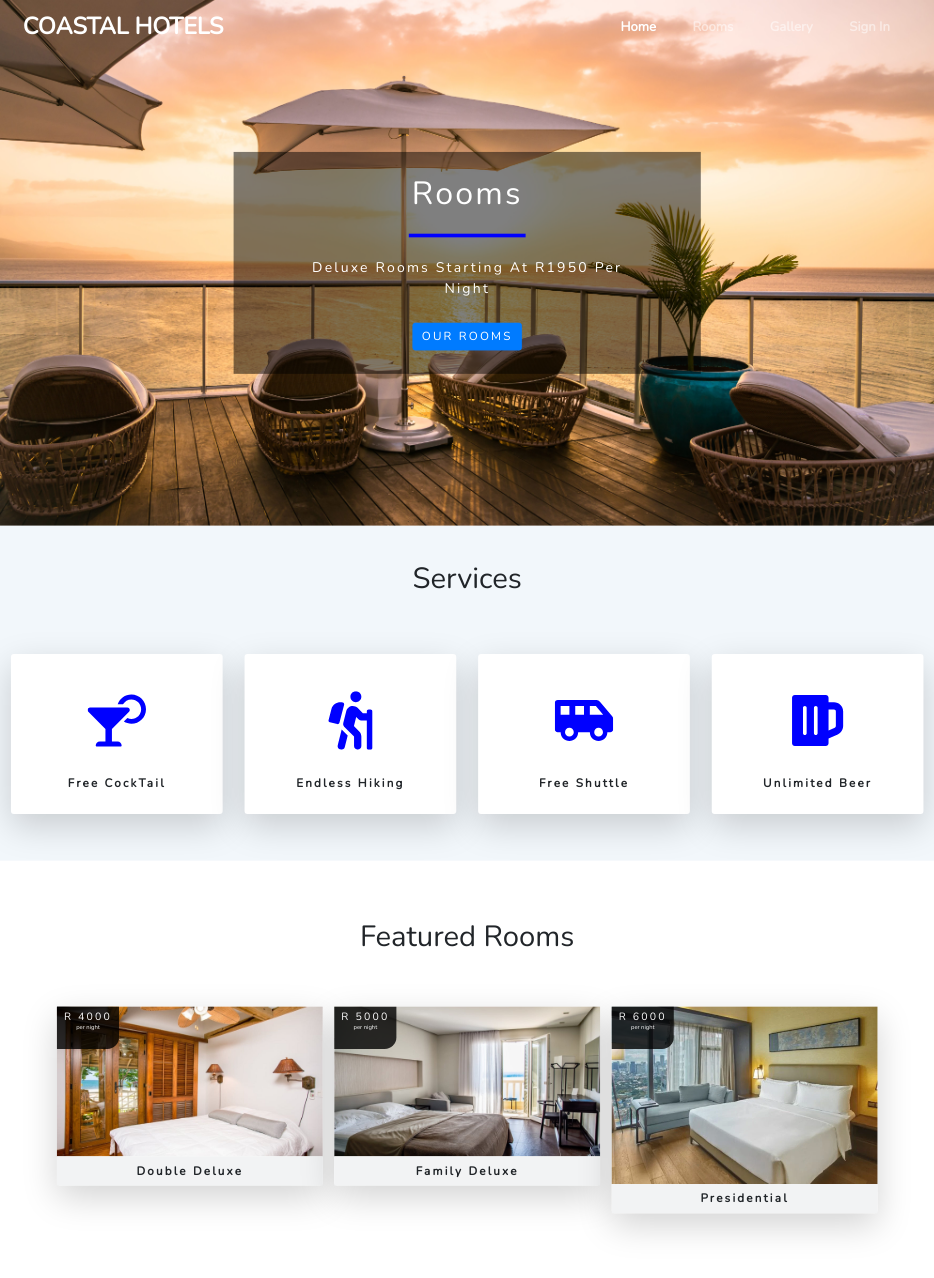
Repository: tebo27cMd/hotel
Page: /
An editor plug-in stored every save of this project. The page is shown before and after the next save, followed by the edit.
The browser window is 1280 px wide. The pictures show the whole page, at 73% of full size.
The project was rebuilt for these pictures with package versions that can differ from the ones it lists, and the page was loaded fresh each time. Also part of the build but not shown: src/components/RoomsFilter.jsx, src/components/RoomsList.jsx, src/components/RoomsContainer.jsx, src/pages/Rooms.jsx, src/components/StyledHero.jsx, src/firebase.js, src/pages/SingleRoom.jsx, src/pages/Error.jsx and 7 more.

Above is the page before, as saved 2022-11-16 13:31:50.

After the next save:
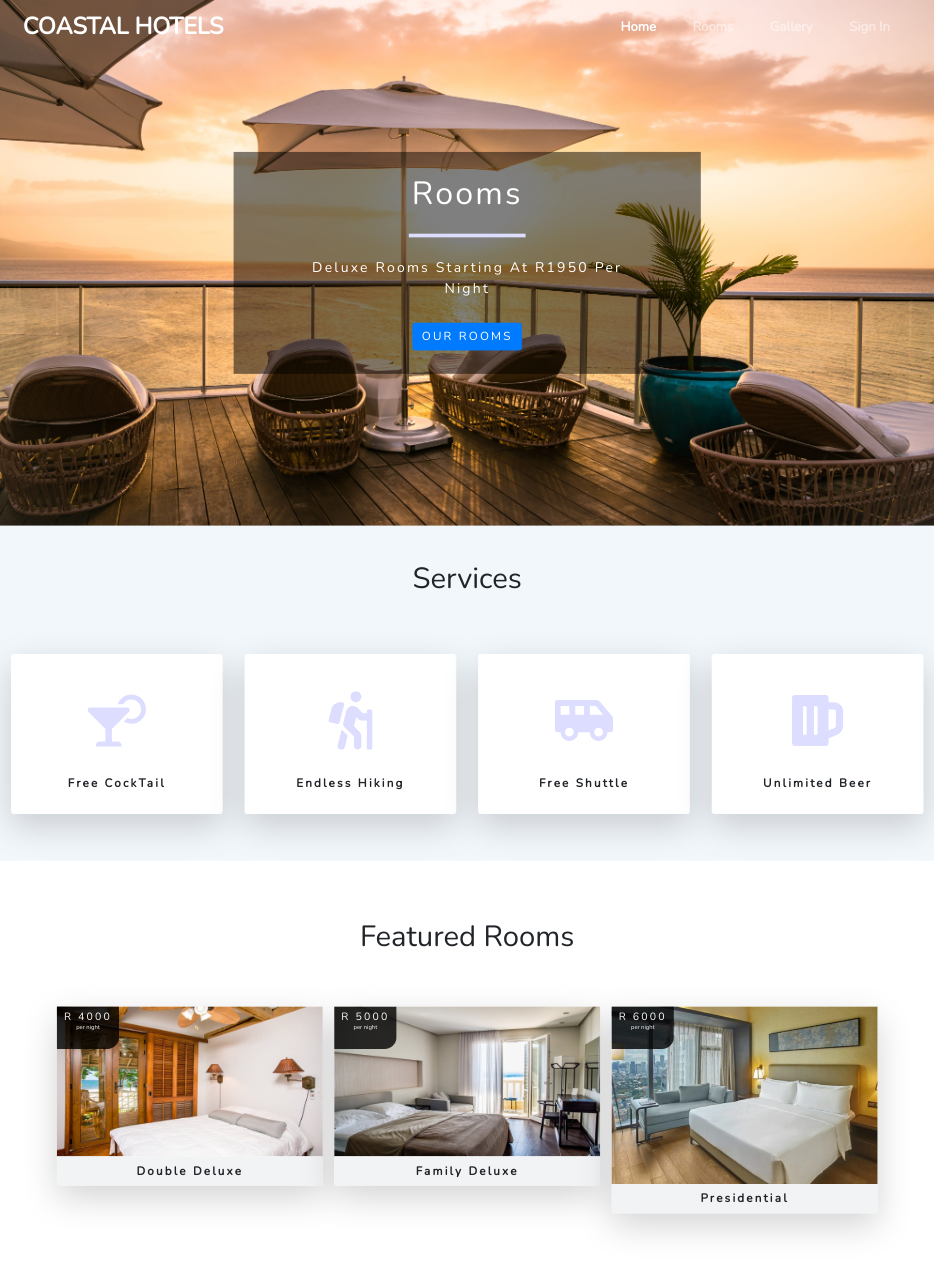
Saved 2 min 12 s later.
--- a/src/App.css
+++ b/src/App.css
@@ -10,7 +10,7 @@ body {
   box-sizing: border-box;
 }
 :root {
-  --primaryColor: #0000ff;
+  --primaryColor: #ddddff;
   --mainWhite: #fff;
   --offWhite: #f7f7f7;
   --mainBlack: #222;
